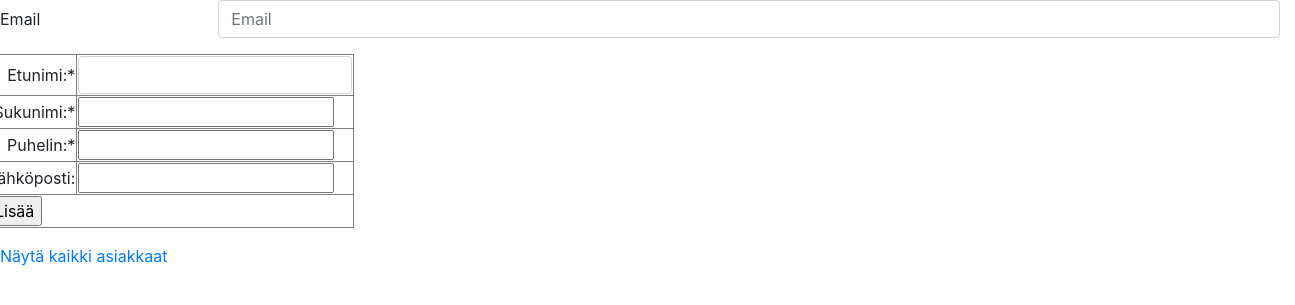
Repository: sarastu5/javaohjelmointi
Page: http://localhost/AsiakkaatWeb/lisaaasiakas.jsp
An editor plug-in stored every save of this project. The page is shown before and after the next save, followed by the edit.
The browser window is 1280 px wide. The page is 1295 px wide, so the pictures cover 1295 px, including what lies to the right of the window. The pictures show the whole page.
Some web libraries are served in a nearby version. The page is served by Tomcat 9. The session is filled in as if someone had signed in: {"kayttaja": 1}.

Above is the page before, as saved 2018-05-04 18:35:20.

After the next save:
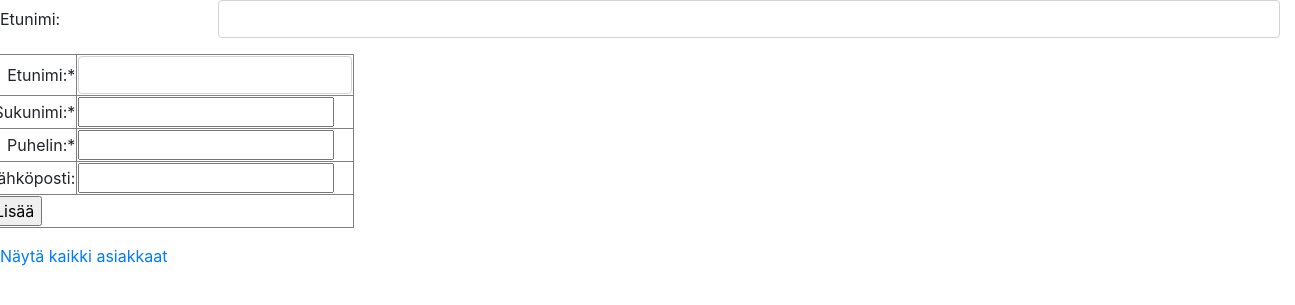
Saved 53 s later.
--- a/Java EE/AsiakkaatWeb/WebContent/lisaaasiakas.jsp
+++ b/Java EE/AsiakkaatWeb/WebContent/lisaaasiakas.jsp
@@ -15,11 +15,11 @@
 
 	<form>
 		<div class="form-group row">
-    <label for="inputEmail3" class="col-sm-2 col-form-label">Email</label>
-    <div class="col-sm-10">
-      <input type="email" class="form-control" id="inputEmail3" placeholder="Email">
-    </div>
-  </div>
+   		<label for="inputEmail3" class="col-sm-2 col-form-label">Etunimi:</label>
+    	<div class="col-sm-10">
+      		<input type="email" class="form-control" id="inputEmail3">
+    	</div>
+  		</div>
 	</form>
 
 
